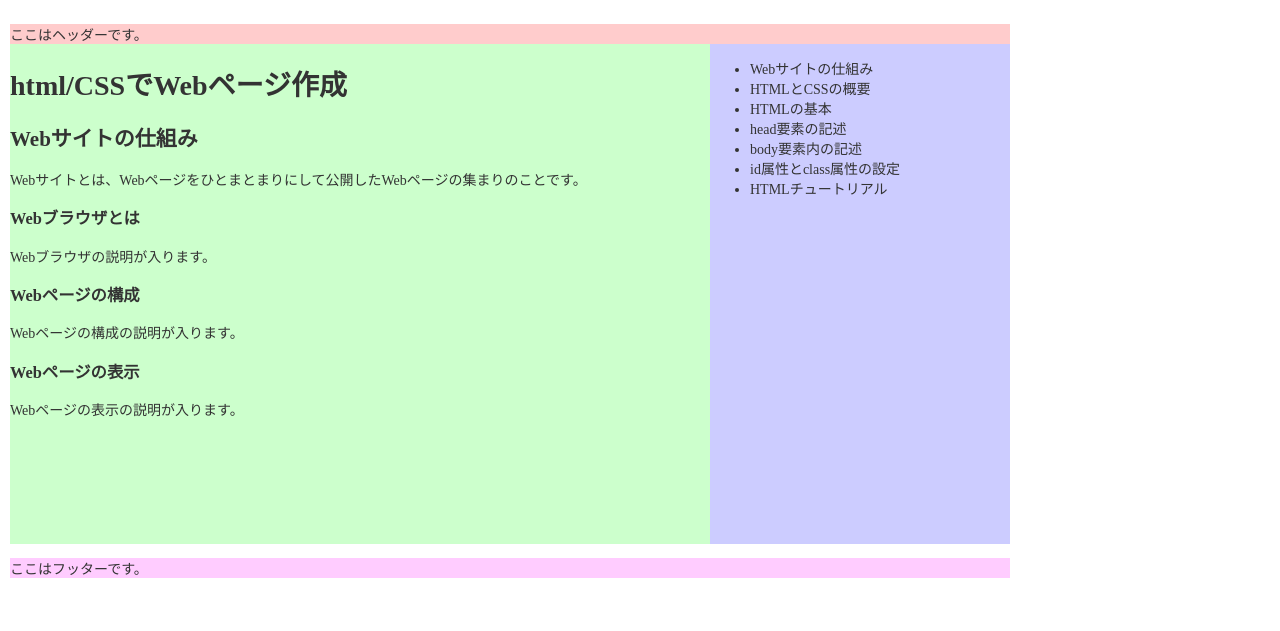
Repository: ichiro-fujii/kadai-commit
Page: lesson-htmlcss/kadai-html.html
The author's editor kept a record of every edit. The page is drawn from the files as they stood at one moment, then again after the next edit.
The browser window is 1280 px wide. The pictures show the whole page.

Above is the page before.

### lesson-htmlcss/kadai-html.html
<!DOCTYPE html>
<html lang="ja">
    <head>
        <meta charset="UTF-8">
        <title>HTML/CSSでＷｅｂページ作成</title>
        <link rel="stylesheet" href="kadai-css.css">
    </head>
    <body>
        <!--ここからヘッダー-->
        <header>
            <p>ここはヘッダーです。</p>
        </header>
        <!--wrapperはなぜ入れるのですか-->
        <div id="wrapper">
        <div id="main">
            <h1>html/CSSでWebページ作成</h1>
            <h2>Webサイトの仕組み</h2>
            <p>Webサイトとは、Webページをひとまとまりにして公開したWebページの集まりのことです。</p>
            <h3>Webブラウザとは</h3>
            <p>Webブラウザの説明が入ります。</p>
            <h3>Webページの構成</h3>
            <p>Webページの構成の説明が入ります。</p>
            <h3>Webページの表示</h3>
            <p>Webページの表示の説明が入ります。</p>
            </div>
            <nav id="menu">
                <ul>
                    <li>Webサイトの仕組み</li>
                    <li>HTMLとCSSの概要</li>
                    <li>HTMLの基本</li>
                    <li>head要素の記述</li>
                    <li>body要素内の記述</li>
                    <li>id属性とclass属性の設定</li>
                    <li>HTMLチュートリアル</li>
                </ul>
            </nav>
            </div>
            <footer>
            <p>ここはフッターです。</p>
        </footer>


    </body>
</html>

### lesson-htmlcss/kadai-css.css
@charset "UTF-8";
/*チャプター：全体の設定*/
body {

    margin: 0;
    padding: 10px;
    width: 1000px;
    height:600px;
    color: #333;
    font-size: 14px;
}
header {
    height: 20px;
    background-color:#ffcccc;
    }
#wrapper {
    display: flex;
    justify-content:space-between;
}
#main {
    float: left;
    width: 700px;
    height: 500px;
    background-color: #ccffcc;
}
#menu {
    float: right;
    width: 300px;
    height: 500px;
    background-color: #ccccff;
}
footer {
    height: 20px;
    background-color: #ffccff;
}

After the next edit:
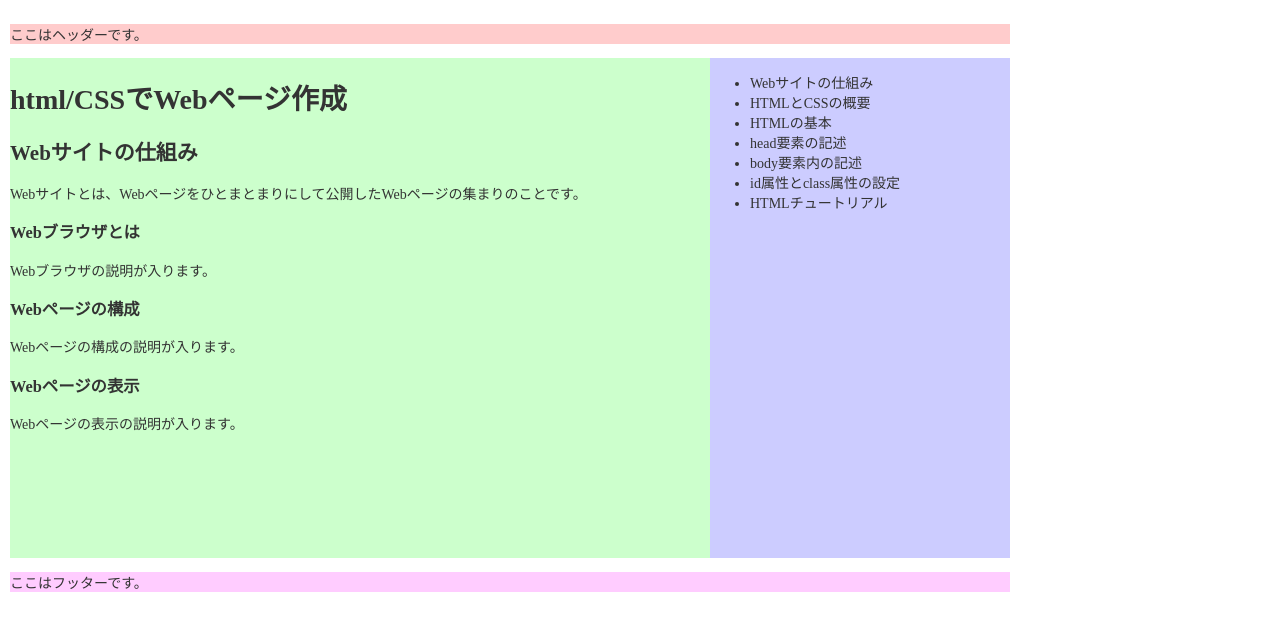
The edit:
--- a/lesson-htmlcss/kadai-css.css
+++ b/lesson-htmlcss/kadai-css.css
@@ -10,7 +10,6 @@
     font-size: 14px;
 }
 header {
-    height: 20px;
     background-color:#ffcccc;
     }
 #wrapper {
